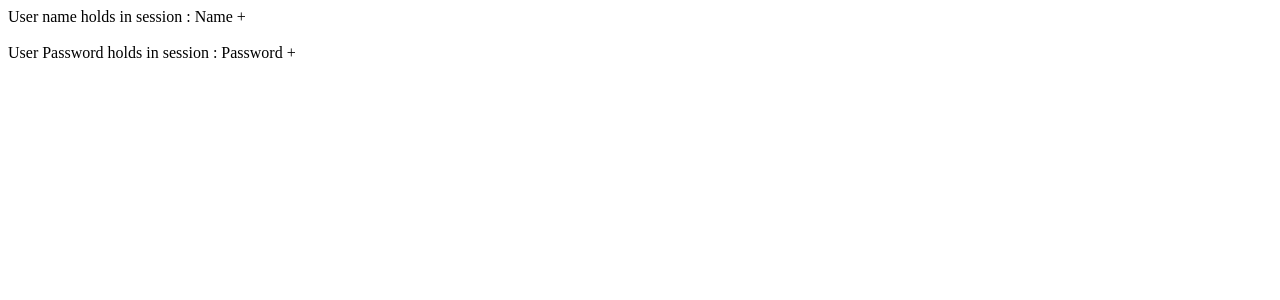
Repository: rachana2522/MAVEN_PROJECT
Page: http://localhost/FirstMVNProject/FetchServlet
These files come from the project's save history. The page is drawn as it stood at one moment and after the next save; the edit follows.
The browser window is 1280 px wide. The pictures show the whole page.
The page is served by Tomcat 9.

Above is the page before, as saved 2023-09-15 10:41:26.

After the next save:
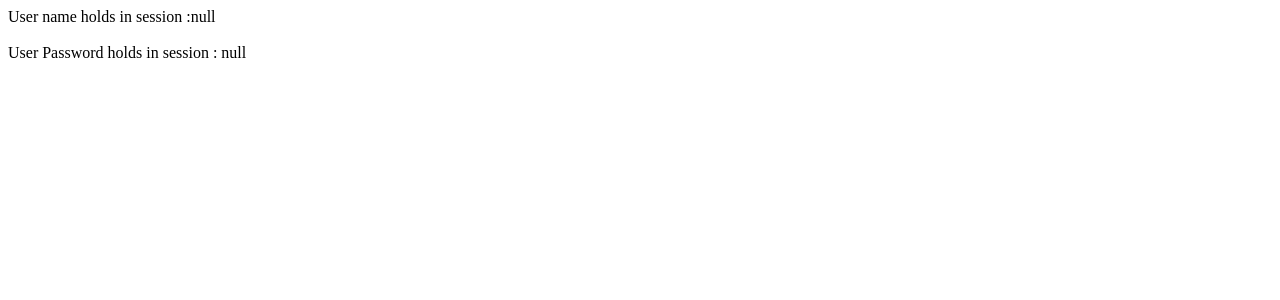
Saved 2 min 8 s later.
--- a/FirstMVNProject/src/main/java/com/cozentusFirstMVNProject/FetchServlet.java
+++ b/FirstMVNProject/src/main/java/com/cozentusFirstMVNProject/FetchServlet.java
@@ -38,8 +38,8 @@ public class FetchServlet extends HttpServlet{
 		String Name = (String) sc.getAttribute("Name");
 		String Password = (String) sc.getAttribute("Password");
 
-		pw.println("User name holds in session : Name +<br><br>");
-		pw.println("User Password holds in session : Password +<br><br>");
+		pw.println("User name holds in session :" +Name +"<br><br>");
+		pw.println("User Password holds in session : "+Password +"<br><br>");
 	}
 
 }
